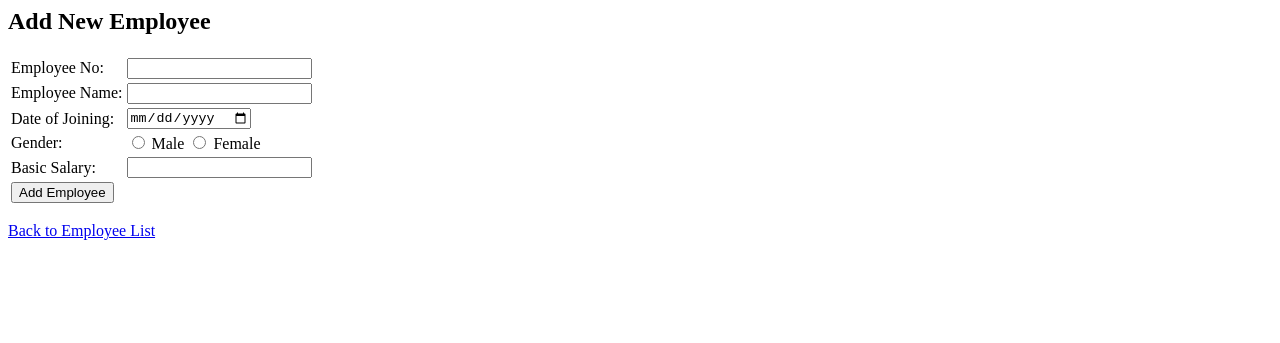
Repository: sweekrithishetty28/Employee_Salary_Management
Page: http://localhost/EmployeeWebApp/empadd.jsp
These files come from the project's save history. The page is drawn as it stood at one moment and after the next save; the edit follows.
The browser window is 1280 px wide. The pictures show the whole page.
The page is served by Tomcat 9. Queries for data that is not in the repository find no rows.

Above is the page before, as saved 2025-05-25 09:16:06.

After the next save:
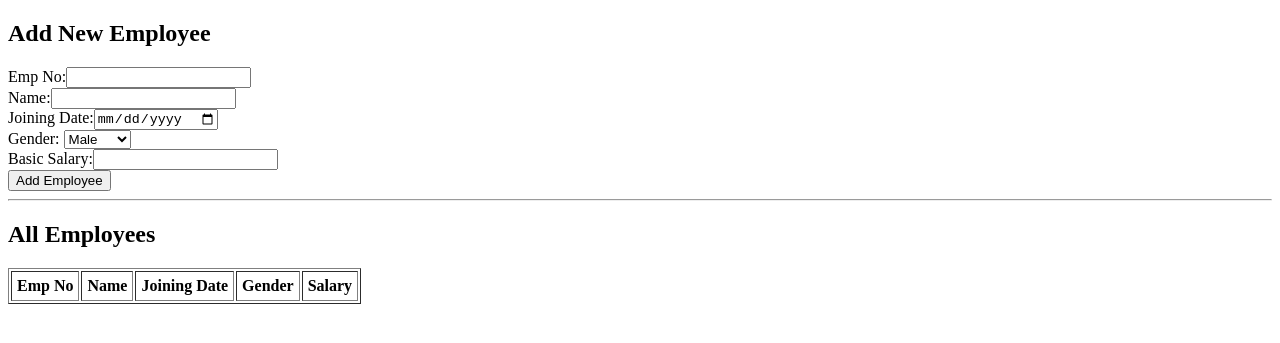
Saved 40 s later.
--- a/Employee Salary Mangement/EmployeeWebApp/src/main/webapp/empadd.jsp
+++ b/Employee Salary Mangement/EmployeeWebApp/src/main/webapp/empadd.jsp
@@ -1,46 +1,58 @@
 <%@ page language="java" contentType="text/html; charset=UTF-8" %>
+<%@ page import="java.util.*, com.model.Employee, com.dao.EmployeeDAO" %>
+<!DOCTYPE html>
 <html>
 <head>
-    <title>Add New Employee</title>
+    <title>Add Employee</title>
 </head>
 <body>
-    <h2>Add New Employee</h2>
 
-    <form action="AddEmployee" method="post">
-        <table>
-            <tr>
-                <td>Employee No:</td>
-                <td><input type="number" name="id" required></td>
-            </tr>
-            <tr>
-                <td>Employee Name:</td>
-                <td><input type="text" name="name" required></td>
-            </tr>
-            <tr>
-                <td>Date of Joining:</td>
-                <td><input type="date" name="doj" required></td>
-            </tr>
-            <tr>
-                <td>Gender:</td>
-                <td>
-                    <input type="radio" name="gender" value="Male" required> Male
-                    <input type="radio" name="gender" value="Female" required> Female
-                </td>
-            </tr>
-            <tr>
-                <td>Basic Salary:</td>
-                <td><input type="number" step="0.01" name="salary" required></td>
-            </tr>
-            <tr>
-                <td colspan="2"><input type="submit" value="Add Employee"></td>
-            </tr>
-        </table>
-    </form>
+<h2>Add New Employee</h2>
+<form action="AddEmployee" method="post">
+    <label>Emp No:</label><input type="number" name="id" required><br>
+    <label>Name:</label><input type="text" name="name" required><br>
+    <label>Joining Date:</label><input type="date" name="doj" required><br>
+    <label>Gender:</label>
+    <select name="gender">
+        <option value="Male">Male</option>
+        <option value="Female">Female</option>
+    </select><br>
+    <label>Basic Salary:</label><input type="number" step="0.01" name="salary" required><br>
+    <input type="submit" value="Add Employee">
+</form>
 
-    <p style="color:red;">
-        <%= request.getAttribute("errorMessage") != null ? request.getAttribute("errorMessage") : "" %>
-    </p>
+<hr>
 
-    <p><a href="emplist.jsp">Back to Employee List</a></p>
+<h2>All Employees</h2>
+<table border="1" cellpadding="5">
+    <tr>
+        <th>Emp No</th>
+        <th>Name</th>
+        <th>Joining Date</th>
+        <th>Gender</th>
+        <th>Salary</th>
+    </tr>
+
+<%
+    try {
+        List<Employee> list = EmployeeDAO.getAllEmployees();
+        for (Employee e : list) {
+%>
+    <tr>
+        <td><%= e.getId() %></td>
+        <td><%= e.getName() %></td>
+        <td><%= e.getDoj() %></td>
+        <td><%= e.getGender() %></td>
+        <td><%= e.getSalary() %></td>
+    </tr>
+<%
+        }
+    } catch (Exception ex) {
+        out.println("<tr><td colspan='5'>Error: " + ex.getMessage() + "</td></tr>");
+        ex.printStackTrace();
+    }
+%>
+</table>
+
 </body>
 </html>
